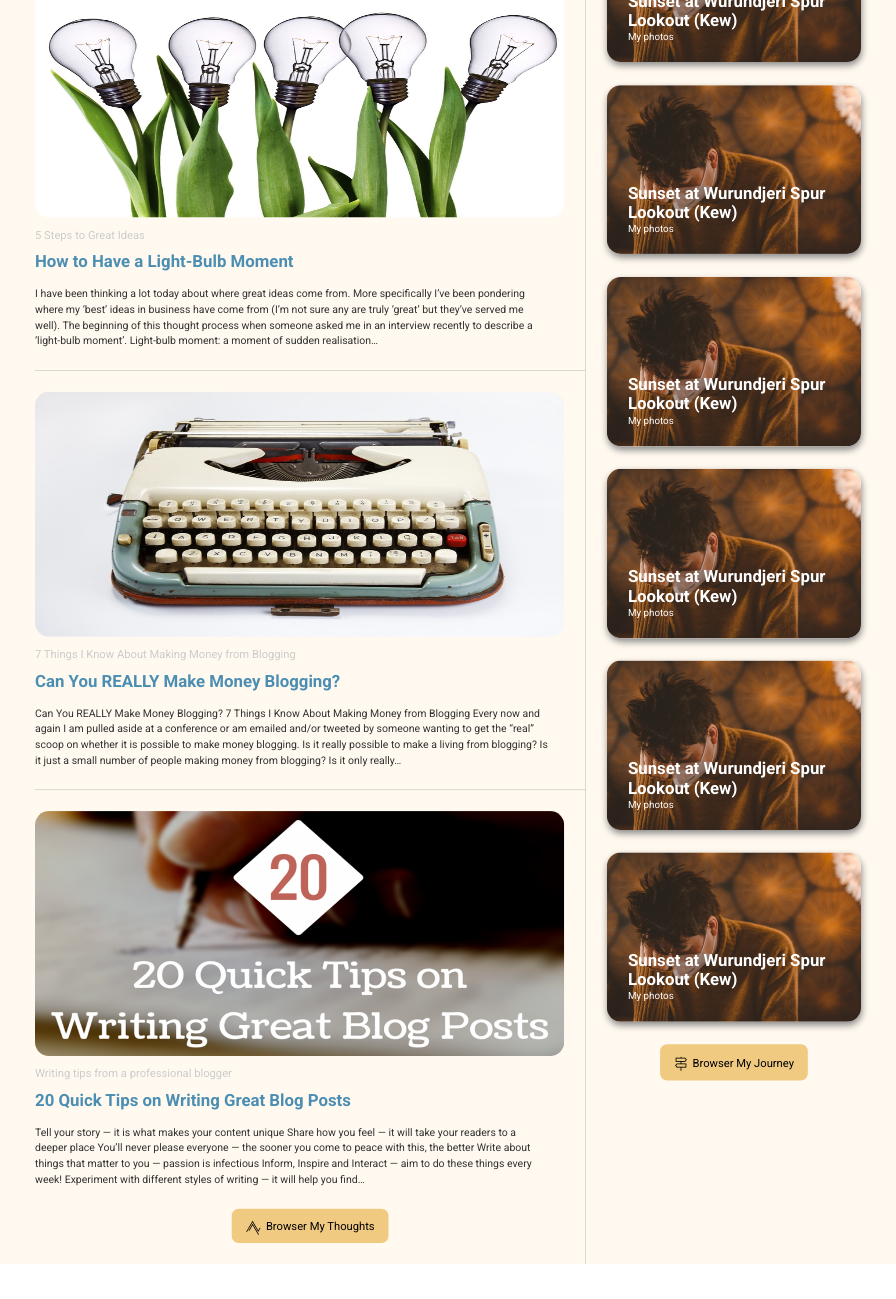
Repository: TranDinhTuann/Blog-Demo
Page: index.html
These files come from the project's save history. The page is drawn as it stood at one moment and after the next save; the edit follows.
The browser window is 1280 px wide. The pictures show the part of the page from y = 974 to 2894 px (the page is 2830 px tall before and 2894 px after), at 70% of full size.

Above is the page before, as saved 2023-03-22 21:51:52.

### index.html
<!DOCTYPE html>
<html lang="en">
<head>
    <meta charset="UTF-8">
    <meta http-equiv="X-UA-Compatible" content="IE=edge">
    <meta name="viewport" content="width=device-width, initial-scale=1.0">
    <title>Blog của Tuấn</title>
    <link rel="stylesheet" href="./assets/css/base.css">
    <link rel="stylesheet" href="./assets/css/main.css">
    <link rel="stylesheet" href="https://cdnjs.cloudflare.com/ajax/libs/normalize/8.0.1/normalize.min.css">
    <link rel="stylesheet" href="./assets/fonts/fontawesome-free-6.2.1-web/css/all.min.css">
    <link rel="stylesheet" href="./assets/fonts/themify-icons/themify-icons.css">
    <link rel="preconnect" href="https://fonts.googleapis.com"><link rel="preconnect" href="https://fonts.gstatic.com" crossorigin><link href="https://fonts.googleapis.com/css2?family=Roboto:wght@300;400;500;700&display=swap" rel="stylesheet">
</head>
<body>
    <div class="app">
        <div class="header">
            <nav class="navbar">
                <a class="navbar__head">
                    <i class="navbar__head-icon fa-solid fa-graduation-cap"></i>
                    <div class="navbar__name">Tuan Tran</div>
                </a>

                <ul class="navbar__list">
                    <li class="navbar__list-item">
                        <a href="" class="navbar__list-item-link">
                            <i class="navbar__list-item-icon ti-user"></i>
                            <span class="navbar__list-item-text">About</span>
                        </a>
                    </li>
                    <li class="navbar__list-item">
                        <a href="" class="navbar__list-item-link">
                            <i class="navbar__list-item-icon ti-comments-smiley"></i>
                            <span class="navbar__list-item-text">My Thoughts</span>
                        </a>
                    </li>
                    <li class="navbar__list-item">
                        <a href="" class="navbar__list-item-link">
                            <i class="navbar__list-item-icon ti-direction-alt"></i>
                            <span class="navbar__list-item-text">My Journey</span>
                        </a>
                    </li>
                    <li class="navbar__list-item">
                        <a href="" class="navbar__list-item-link">
                            <i class="navbar__list-item-icon ti-camera"></i>
                            <span class="navbar__list-item-text">My Photos</span>
                        </a>
                    </li>
                    <li class="navbar__list-item">
                        <a href="" class="navbar__list-item-link">
                            <i class="navbar__list-item-icon ti-bell"></i>
                            <span class="navbar__list-item-text">Subscribe</span>
                        </a>
                    </li>
                </ul>
            </nav>

            <div class="intro">
                <div class="intro__img">
                    <img src="./assets/img/logo.JPG" alt="" class="intro__img-image">
                </div>
                <div class="intro__text">
                    <div class="intro__head">Hi! I'm Tuan Tran </div>
                    <div class="intro__des">Speaker, Author, Blogger, Podcaster & Founder of ProBlogger & Digital Photography School. Ambassador for WorldVision Aus. Father of 3 boys & husband to Vanessa.</div>
                </div>
            </div>
        </div>

        <div class="grid">
            <div class="grid1">
                <div class="content">
                    <div class="columns">
                        <div class="img-human">
                            <img class="img-ong" src="./assets/img/slider/human1.png" alt="">
                        </div>
                        <div class="column-text">
                            <p class="des">Tips for increasing your luckiness</p>
                            <div class="heading">How to Get Lucky</div>
                            <div class="sub-heading">I was in the right place at the right time back in 2002 when I started blogging and since that time serendipity has played a part in the building of my business. A few years back at the Inbound conference I spoke of my ‘lucky’ beginnings but also share some tips on how to cultivate ‘luck’ in your life by practicing 7 habits that I believe play a part. I’d love to hear your thoughts — what habits…</div>
                        </div>
                    </div>
                    <div class="columns">
                        <div class="img-human">
                            <img class="img-ong" src="./assets/img/slider/human2.jpg" alt="">
                        </div>
                        <div class="column-text">
                            <p class="des">5 Steps to Great Ideas</p>
                            <div class="heading">How to Have a Light-Bulb Moment</div>
                            <div class="sub-heading">I have been thinking a lot today about where great ideas come from. More specifically I’ve been pondering where my ‘best’ ideas in business have come from (I’m not sure any are truly ‘great’ but they’ve served me well). The beginning of this thought process when someone asked me in an interview recently to describe a ‘light-bulb moment’. Light-bulb moment: a moment of sudden realisation…</div>
                        </div>
                    </div>
                    <div class="columns">
                        <div class="img-human">
                            <img class="img-ong" src="./assets/img/slider/human3.jpg" alt="">
                        </div>
                        <div class="column-text">
                            <p class="des">7 Things I Know About Making Money from Blogging</p>
                            <div class="heading">Can You REALLY Make Money Blogging?</div>
                            <div class="sub-heading">Can You REALLY Make Money Blogging? 7 Things I Know About Making Money from Blogging Every now and again I am pulled aside at a conference or am emailed and/or tweeted by someone wanting to get the “real” scoop on whether it is possible to make money blogging. Is it really possible to make a living from blogging? Is it just a small number of people making money from blogging? Is it only really…</div>
                        </div>
                    </div>
                    <div class="columns no--border">
                        <div class="img-human">
                            <img class="img-ong" src="./assets/img/slider/human4.png" alt="">
                        </div>
                        <div class="column-text">
                            <p class="des">Writing tips from a professional blogger</p>
                            <div class="heading">20 Quick Tips on Writing Great Blog Posts</div>
                            <div class="sub-heading">Tell your story — it is what makes your content unique Share how you feel — it will take your readers to a deeper place You’ll never please everyone — the sooner you come to peace with this, the better Write about things that matter to you — passion is infectious Inform, Inspire and Interact — aim to do these things every week! Experiment with different styles of writing — it will help you find…</div>
                        </div>
                    </div>
                    <div class="btn-content">
                        <button class="btn-thought">
                            <i class="navbar__list-item-icon fa-brands fa-think-peaks"></i>
                            <span class="my-thoughts">Browser My Thoughts</span>
                        </button>
                    </div>
                </div>

                <div class="sitebar">
                    <div class="row">
                        <div class="row-head">
                            <i class="row-icon ti-camera"></i>
                            <div class="row-heading">My latest photo</div>
                        </div>
                        <div class="row-img">
                            <img src="./assets/img/slider/nature1.jpg" alt="" class="img-nature">
                            <div class="row-text">
                                <div class="text-heading">Sunset at Wurundjeri Spur Lookout (Kew)</div>
                                <div class="text-des">My photos</div>
                            </div>
                        </div>
                    </div>

                    <div class="row">
                        <div class="btn-content">
                            <button class="btn-thought">
                                <i class="navbar__list-item-icon ti-camera"></i>
                                <span class="my-thoughts">Browser My Photos</span>
                            </button>
                        </div>
                    </div>

                    <div class="row">
                        <div class="row-head">
                            <i class="row-icon ti-camera"></i>
                            <div class="row-heading">My latest photo</div>
                        </div>
                        <div class="row-img">
                            <img src="./assets/img/slider/nature2.jpg" alt="" class="img-nature">
                            <div class="row-text">
                                <div class="text-heading">Sunset at Wurundjeri Spur Lookout (Kew)</div>
                                <div class="text-des">My photos</div>
                            </div>
                        </div>
                        <div class="row-img">
                            <img src="./assets/img/slider/nature2.jpg" alt="" class="img-nature">
                            <div class="row-text">
                                <div class="text-heading">Sunset at Wurundjeri Spur Lookout (Kew)</div>
                                <div class="text-des">My photos</div>
                            </div>
                        </div>
                        <div class="row-img">
                            <img src="./assets/img/slider/nature2.jpg" alt="" class="img-nature">
                            <div class="row-text">
                                <div class="text-heading">Sunset at Wurundjeri Spur Lookout (Kew)</div>
                                <div class="text-des">My photos</div>
                            </div>
                        </div>
                        <div class="row-img">
                            <img src="./assets/img/slider/nature2.jpg" alt="" class="img-nature">
                            <div class="row-text">
                                <div class="text-heading">Sunset at Wurundjeri Spur Lookout (Kew)</div>
                                <div class="text-des">My photos</div>
                            </div>
                        </div>
                        <div class="row-img">
                            <img src="./assets/img/slider/nature2.jpg" alt="" class="img-nature">
                            <div class="row-text">
                                <div class="text-heading">Sunset at Wurundjeri Spur Lookout (Kew)</div>
                                <div class="text-des">My photos</div>
                            </div>
                        </div>
                        <div class="row-img">
                            <img src="./assets/img/slider/nature2.jpg" alt="" class="img-nature">
                            <div class="row-text">
                                <div class="text-heading">Sunset at Wurundjeri Spur Lookout (Kew)</div>
                                <div class="text-des">My photos</div>
                            </div>
                        </div>
                    </div>

                    <div class="row">
                        <div class="btn-content">
                            <button class="btn-thought">
                                <i class="navbar__list-item-icon ti-direction-alt"></i>
                                <span class="my-thoughts">Browser My Journey</span>
                            </button>
                        </div>
                    </div>
                </div>
            </div>
        </div>

        <footer class="footer">

        </footer>
    </div>
</body>
</html>

### assets/css/base.css
:root {
    --white-color: #fff;
    --black-color: #000;
    --text-color: #333;
    --primary-color: #fff9ef;
    --header-primary-color: rgb(255, 253, 249);
}

* {
    box-sizing: inherit;
}

html {
    /* hack */
    font-size: 62.5%;
    line-height: 1.6rem;
    font-family: 'Roboto', sans-serif;
    box-sizing: border-box;
}

@keyframes fadeIn {
    from{
        opacity: 0;
    }
    to{
        opacity: 1;
    }
}

@keyframes growth {
    from{
        transform: calc(0);
    }
    to{
        transform: calc(1);
    }
}

img{
    width: 100%;
    border-radius: 20px;
}
.img-ong{
    height: 350px;
    display: block;
}
.img-human{
    margin-right: 30px;
    height: 350px;
    display: block;
}
a{
    display: block;
    cursor: pointer;
}

### assets/css/main.css
.app{
    height: 1000px;
    background-color: rgb(255, 253, 249);
}

.header{
    height: 280px;
    margin: 0 50px;
}

.navbar{
    height: 60px;
    border-bottom: 1px solid #ccc;
    display: flex;
    align-items: center;
    justify-content: space-between;
}

.navbar__head-icon {
    font-size: 2rem;
    margin-right: 8px;
}

.navbar__name {
    font-size: 2rem;

}

.navbar__head {
    display: flex;
}

.navbar__head:hover {
    cursor: pointer;
    opacity: 0.5;
}

.navbar__list {
    display: flex;
    list-style: none;
    font-size: 1.4rem;
}

.navbar__list-item {
    padding: 0 16px;
    line-height: 60px;
}

.navbar__list-item:hover {
    cursor: pointer;
    opacity: 0.5;
}

.navbar__list-item-link {
    color: #000;
    text-decoration: none;
}

.navbar__list-item-icon{
    font-size: 2rem;
    padding-right: 4px;
    position: relative;
    top: 4px;
}


.intro {
    display: flex;
    margin-top: 50px;
}

.intro__img {
    width: 30%;
    height: 50px;
}

.intro__img-image {
    width: 100%;
    background-size:cover;
}

.intro__text{
    padding-left: 40px;
}

.intro__head {
    font-size: 3rem;
}

.intro__des {
    font-size: 1.8rem;
    padding: 10px 250px 0 0;
    line-height: 2.4rem;
}


/* Grid */
.grid {
    background-color: rgb(255, 249, 239);
    /* height: 6000px; */
    /* display: flex; */
}
.grid1  {
    margin: 0 50px;
    display: flex;
    padding-top: 26px;
}
.content {
    border-right: 1px solid #ccc;
    /* height: 600px; */
    flex: 2;
}
.columns {
    padding: 30px 0;
    border-bottom: 1px solid #ccc;
    cursor: pointer;
}
.columns.no--border{
    border: none;
}
.sitebar {
    flex: 1;
}

.column-text{
    padding: 0 50px 0 0;
}
.des{
    font-size: 16px;
    color: #ccc;
}
.heading {
    font-size: 24px;
    font-weight: 700;
    color: #4c8eb3;
}
.sub-heading {
    color: #333333;
    font-size: 15px;
    padding-top: 20px;
    line-height: 1.5;
}
.btn-content{
    display: flex;
    align-items: center;
    justify-content: center;
    color: #000;
    padding-bottom: 30px;
}
.btn-thought {
    padding: 14px 20px;
    display: block;
    background-color: rgb(241, 202, 130);
    outline: none;
    border: none;
    border-radius: 10px;
}
.btn-thought:hover{
    background-color:  rgba(241, 202, 130, 0.6);
}
.my-thoughts{
    font-size: 16px;
}

/* sitebar */
.row{
    margin: 20px 0 30px 30px;
}
.row-head {
    display: flex;
    align-items: center;
    justify-content: center;
    color: #4c8eb3;
    padding-bottom: 15px;
}
.row-icon{
    font-size: 28px;
    margin-right: 10px;
}
.row-heading{
    font-size: 20px;
    font-weight: 500;
}
.row-img{
    position: relative;
    margin-bottom: 30px;
}
.row-text{
    position: absolute;
    bottom: 30px;
    left: 30px;
    color: #fff;
}
.text-heading{
    font-size: 24px;
    font-weight: 1000;
}
.text-des{
    font-size: 14px;
    line-height: 18px;
}
.img-nature{
    box-shadow: 1px 5px 10px #888888;
}

/* footer */
.footer{
    height: 50px;
}

Loaded but not shown: assets/fonts/fontawesome-free-6.2.1-web/css/all.min.css (library); assets/fonts/themify-icons/themify-icons.css (common file)

After the next save:
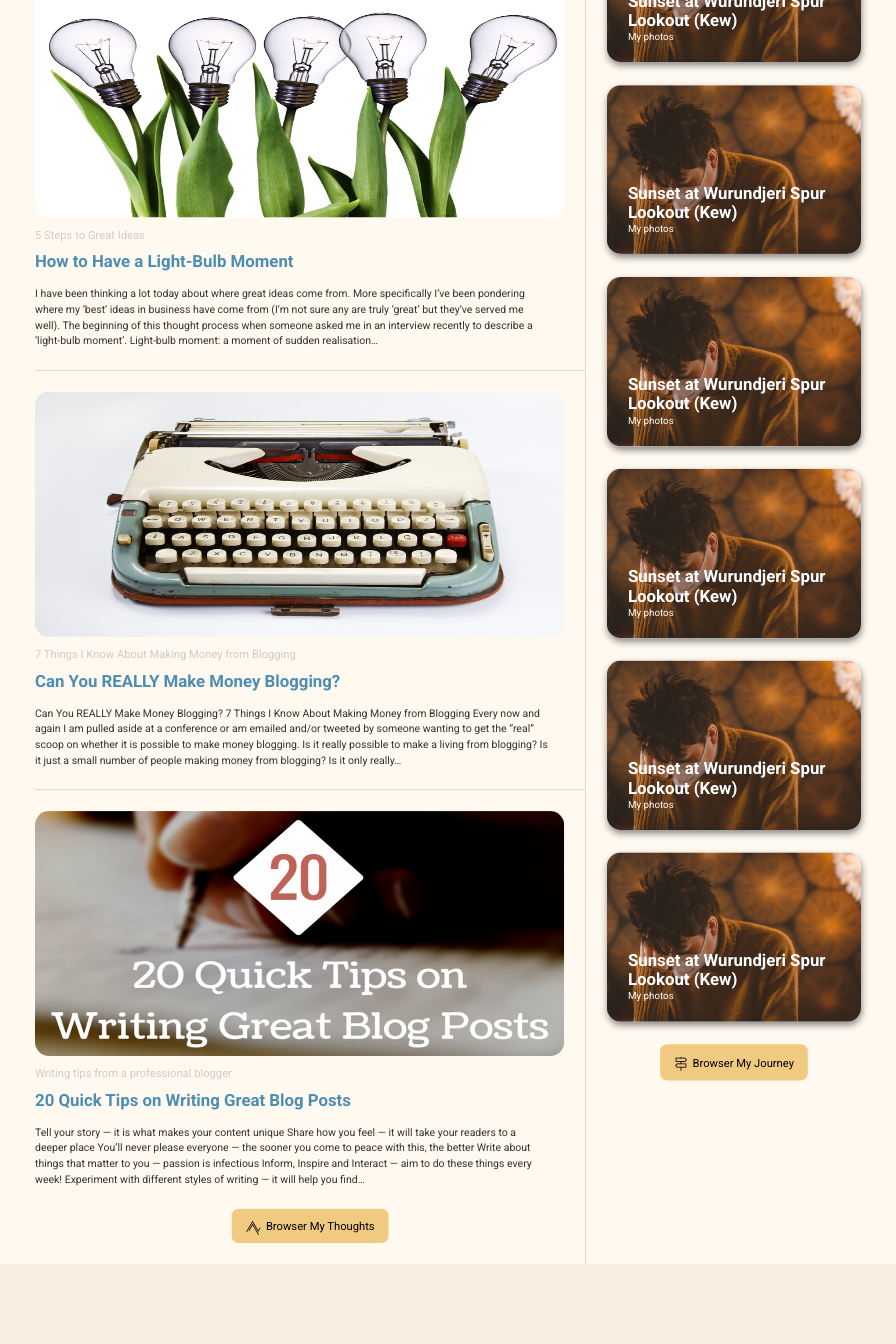
Saved 109 s later.
--- a/assets/css/main.css
+++ b/assets/css/main.css
@@ -205,5 +205,6 @@
 
 /* footer */
 .footer{
-    height: 50px;
-}
+    height: 114px;
+    background-color: rgb(247, 238, 223);
+}
